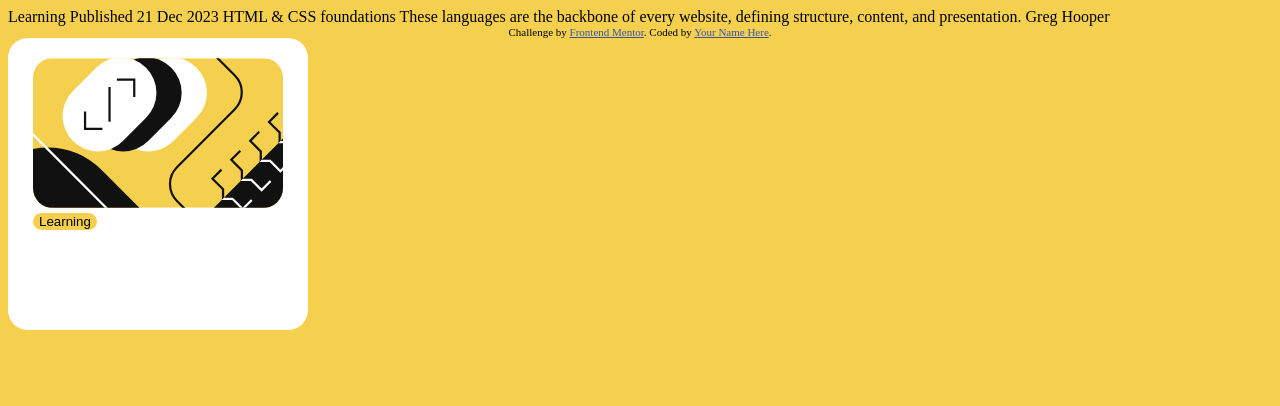
Repository: Dayvid0/FRONTEND_MENTOR_CHALLENGES
Page: index.html
An editor plug-in stored every save of this project. The page is shown before and after the next save, followed by the edit.
The browser window is 1280 px wide. The pictures show the whole page.

Above is the page before, as saved 2025-03-13 12:58:24.

### index.html
<!DOCTYPE html>
<html lang="en">
<head>
  <meta charset="UTF-8">
  <meta name="viewport" content="width=device-width, initial-scale=1.0"> <!-- displays site properly based on user's device -->
  <link rel="icon" type="image/png" sizes="32x32" href="./assets/images/favicon-32x32.png">
  <title>Frontend Mentor | Blog preview card</title>
  <!-- Feel free to remove these styles or customise in your own stylesheet 👍 -->
  <style>
    .attribution { font-size: 11px; text-align: center; }
    .attribution a { color: hsl(228, 45%, 44%); }
    body {
      background-color:hsl(47, 88%, 63%);
    }
    .learning {
      background-color:hsl(47, 88%, 63%) ;
      border: none;
      border-radius: 20px;
    }
    .card {
      display:flex;
      justify-content: center;
      align-items: center;
      padding-top: 20px;
      padding-bottom: 100px;
      background-color: white;
      width: 300px;
      border-radius: 20px;
    }
    .img {
      width: 250px;
      border-radius: 20px;
      height:;
    }
  </style>
</head>
<body>
  Learning
  Published 21 Dec 2023
  HTML & CSS foundations
  These languages are the backbone of every website, defining structure, content, and presentation.
  Greg Hooper
  <div class="attribution">
    Challenge by <a href="https://www.frontendmentor.io?ref=challenge" target="_blank">Frontend Mentor</a>.
    Coded by <a href="#">Your Name Here</a>.
  </div>
  <div class="card">
    <div class="img">
      <img class="img" src="/assets/images/illustration-article.svg"
    </div>
    <div class=" button">
      <button class="learning">Learning</button>
    </div>
  </div>
</body>
</html>

After the next save:
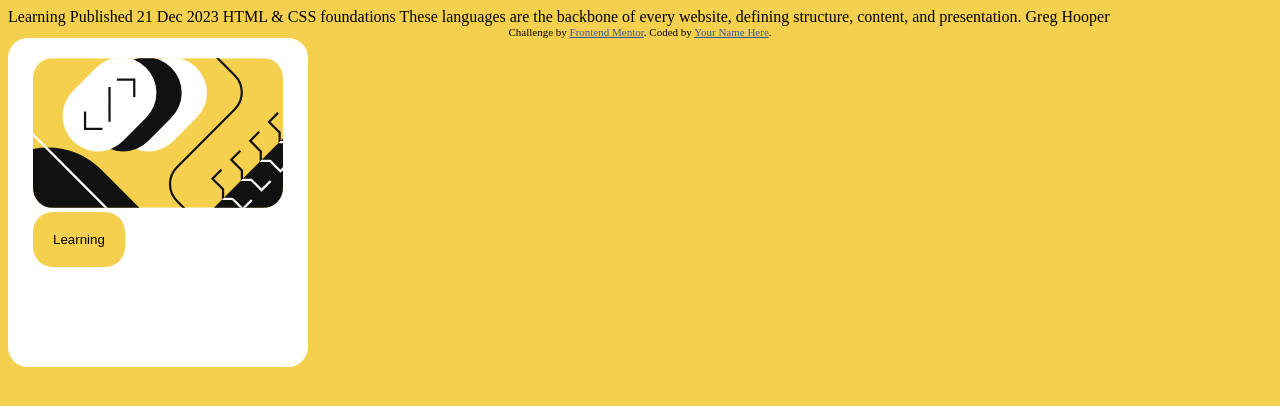
Saved 48 s later.
--- a/index.html
+++ b/index.html
@@ -30,7 +30,9 @@
     .img {
       width: 250px;
       border-radius: 20px;
-      height:;
+    }
+    .learning {
+      padding: 20px;
     }
   </style>
 </head>
